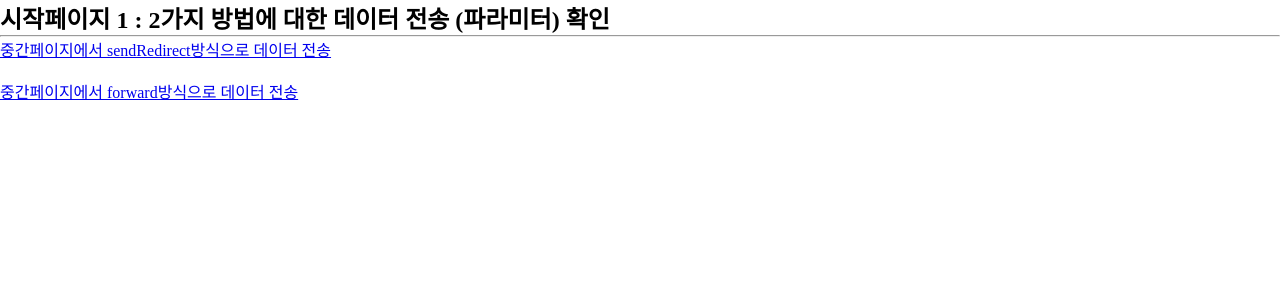
Repository: hyunh84/jsp_study
Page: http://localhost/Day03/j06_send04.jsp
These files come from the project's save history. The page is drawn as it stood at one moment and after the next save; the edit follows.
The browser window is 1280 px wide. The pictures show the whole page.
The page is served by Tomcat 9. Other server files are loaded and not shown.

Above is the page before, as saved 2015-09-12 02:38:14.

### MyWorks/Day03/WebContent/j06_send04.jsp
<%@ page language="java" contentType="text/html; charset=utf-8"
    pageEncoding="utf-8"%>
<!DOCTYPE html>
<html>
<head>
<meta charset="utf-8">
<title>Insert title here</title>

<style type="text/css">
	* {margin:0; padding:0;}
	table {border-collapse:collapse; }
	table th {padding:5px; border:1px solid #777;}
	table td {padding:5px; border:1px solid #777;}
</style>
<script type="text/javascript" src="/Day03/js/jquery-1.11.3.min.js"></script>

</head>
<body>

	<h2>시작페이지 1 : 2가지 방법에 대한 데이터 전송 (파라미터) 확인</h2>
	<hr>

	<%--

	 --%>

	 <%

	 %>
	 <a href="Day03/j07_send02.jsp?data=sendRedirect">중간페이지에서 sendRedirect방식으로 데이터 전송</a>
	 <br /><br />
	 <a href="Day03/j07_send03.jsp?data=forward">중간페이지에서 forward방식으로 데이터 전송</a>

</body>
</html>

Loaded but not shown: MyWorks/Day03/WebContent/js/jquery-1.11.3.min.js (library)

After the next save:
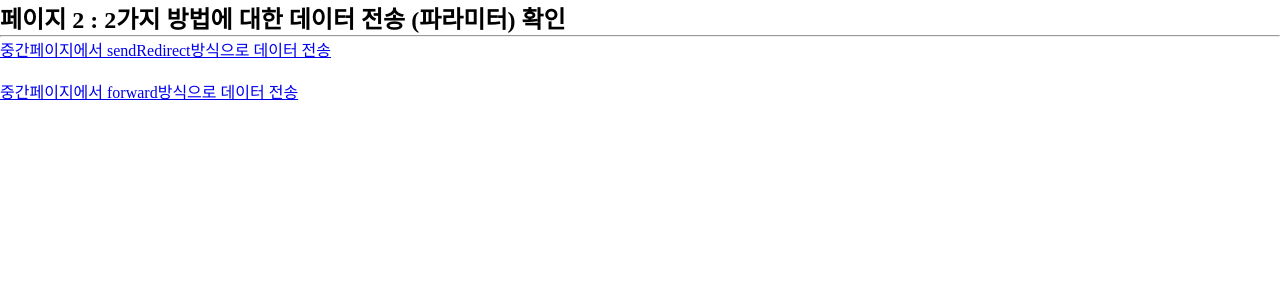
Saved 46 s later.
--- a/MyWorks/Day03/WebContent/j06_send04.jsp
+++ b/MyWorks/Day03/WebContent/j06_send04.jsp
@@ -17,7 +17,7 @@
 </head>
 <body>
 
-	<h2>시작페이지 1 : 2가지 방법에 대한 데이터 전송 (파라미터) 확인</h2>
+	<h2>페이지 2 : 2가지 방법에 대한 데이터 전송 (파라미터) 확인</h2>
 	<hr>
 
 	<%--
